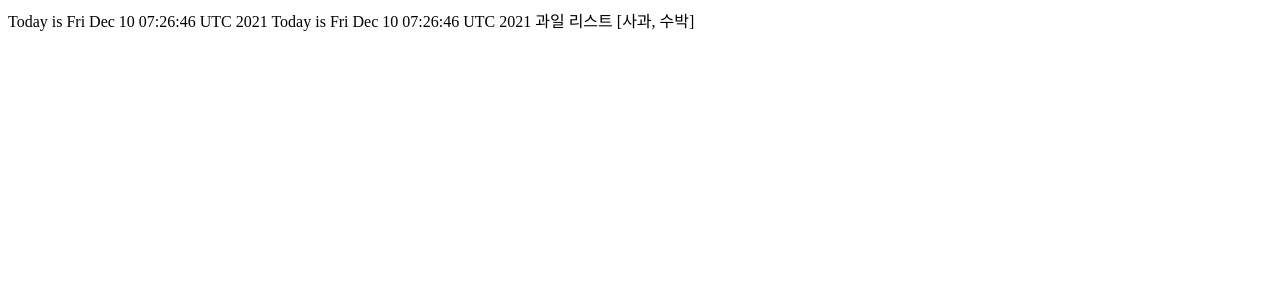
Repository: Jin0207/jsp
Page: http://localhost/day1213/page_import.jsp
The author's editor kept a copy of each file at every save. The page is drawn from the files as they stood at one save, then again after the next save.
The browser window is 1280 px wide. The pictures show the whole page.
The page is served by Tomcat 9.

Above is the page before, as saved 2021-12-13 00:25:50.

After the next save:
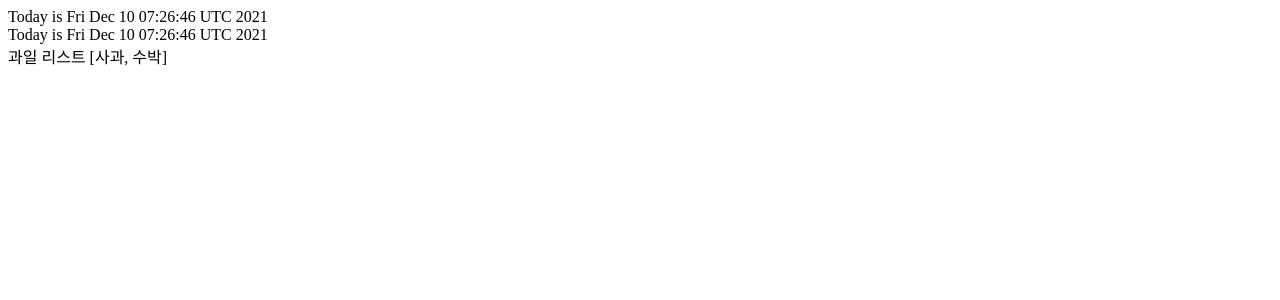
Saved 23 s later.
--- a/day1213/src/main/webapp/page_import.jsp
+++ b/day1213/src/main/webapp/page_import.jsp
@@ -15,8 +15,8 @@
 	list.add("사과");
 	list.add("수박");
 %>
-	Today is <%= new Date() %>
-	Today is <%= new java.util.Date() %>
+	Today is <%= new Date() %> <br>
+	Today is <%= new java.util.Date() %> <br>
 	 과일 리스트 <%= list %>
 </body>
 </html>
